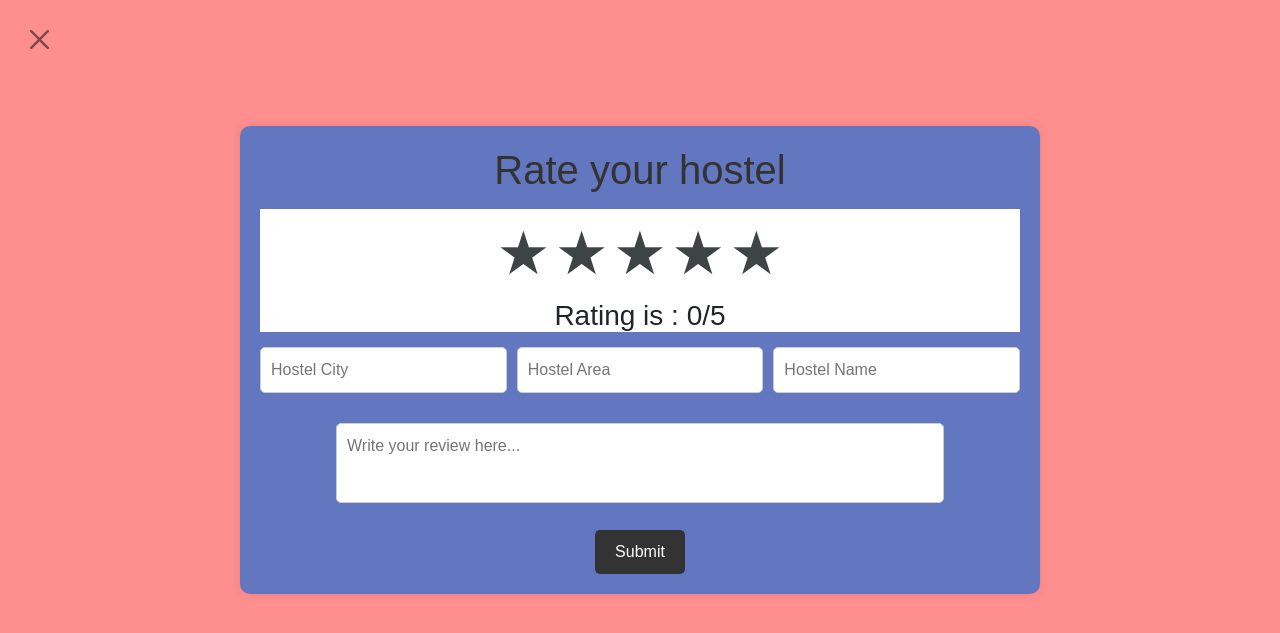
Repository: Sanjana-Inapakolla/Find-your-Roomie-website
Page: http://localhost/MiniProject/Rating.jsp
An editor plug-in stored every save of this project. The page is shown before and after the next save, followed by the edit.
The browser window is 1280 px wide. The pictures show the whole page.
The page is served by Tomcat 10.

Above is the page before, as saved 2024-11-13 09:18:12.

After the next save:
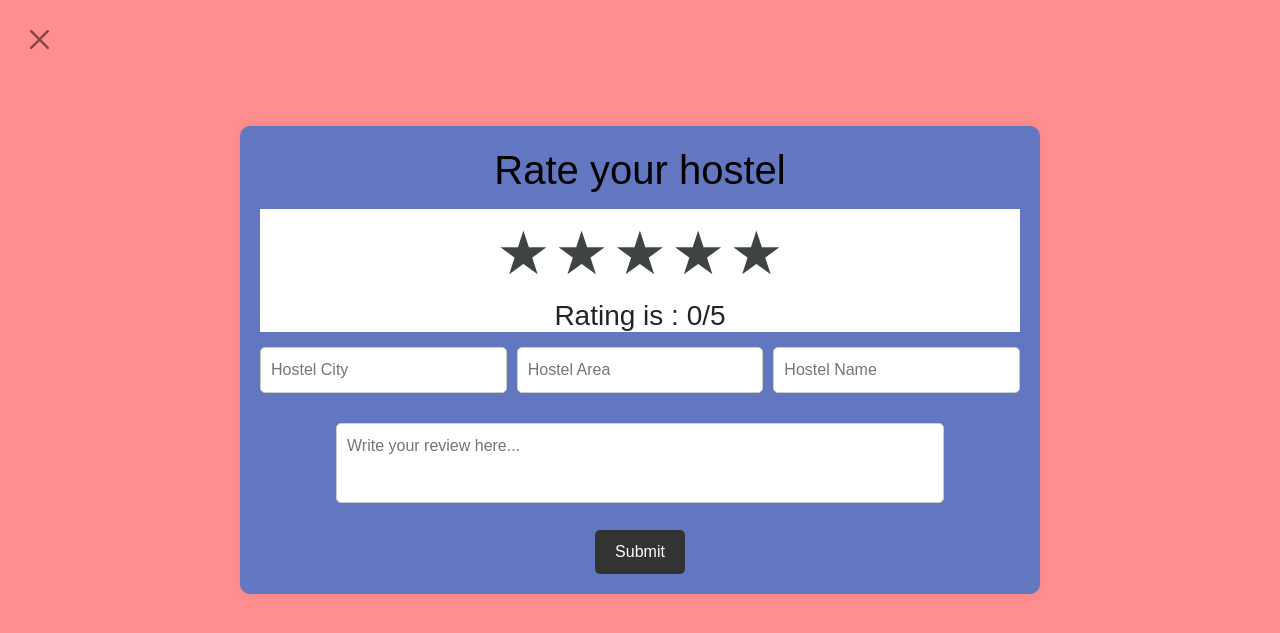
Saved 47 s later.
--- a/mini-project(jfst)/MiniProject/src/main/webapp/Rating.jsp
+++ b/mini-project(jfst)/MiniProject/src/main/webapp/Rating.jsp
@@ -30,7 +30,7 @@
     }
 
     h1 {
-        color: #333;
+        color: #000000;
         margin-bottom: 15px;
     }
 
